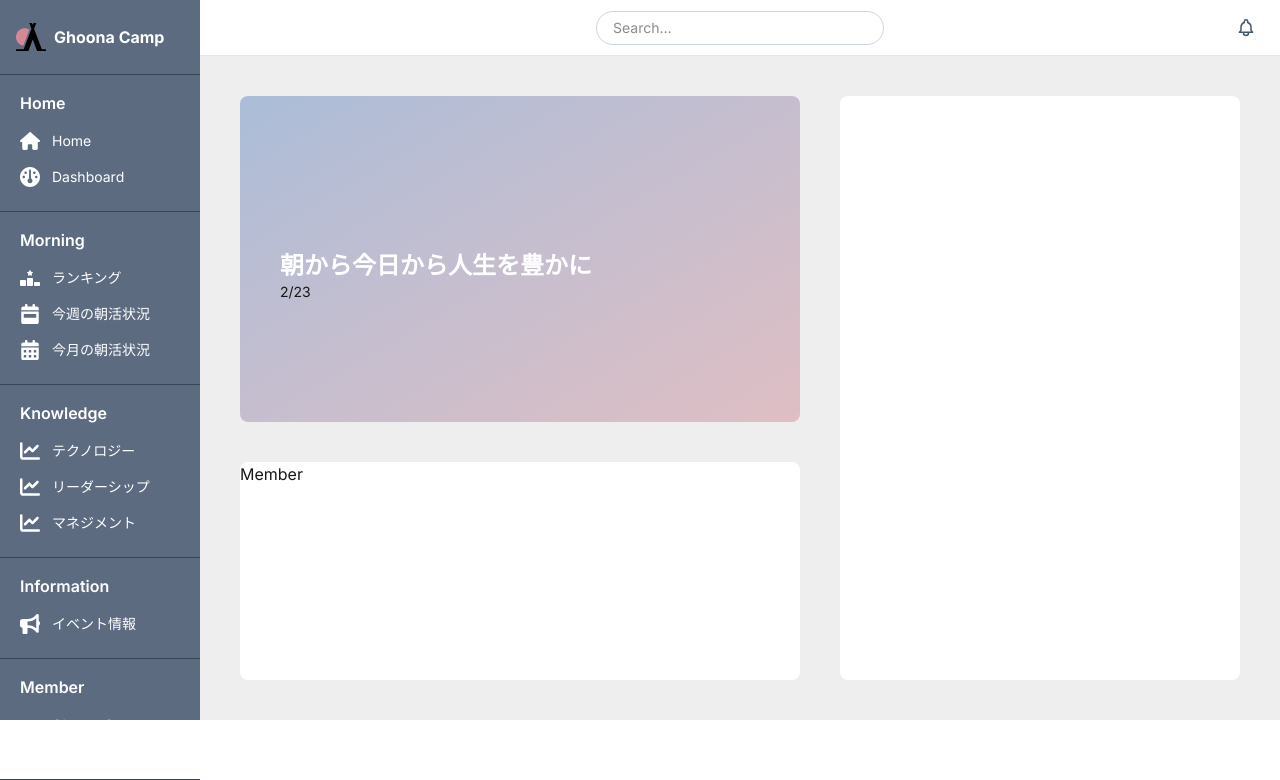
Repository: ShotaGhoona/ghoonacamp_platform
Page: /
These files come from the project's save history. The page is drawn as it stood at one moment and after the next save; the edit follows.
The browser window is 1280 px wide. The pictures show the whole page.
The page's requests for data from a server got no answer. The project was rebuilt for these pictures with package versions that can differ from the ones it lists, and the page was loaded fresh each time. The framework's server and built-in components were replaced by stand-ins that run in the browser. No one was signed in, and anything a server would have sent is missing. Also part of the build but not shown: next.config.js.

Above is the page before, as saved 2025-04-25 11:07:23.

After the next save:
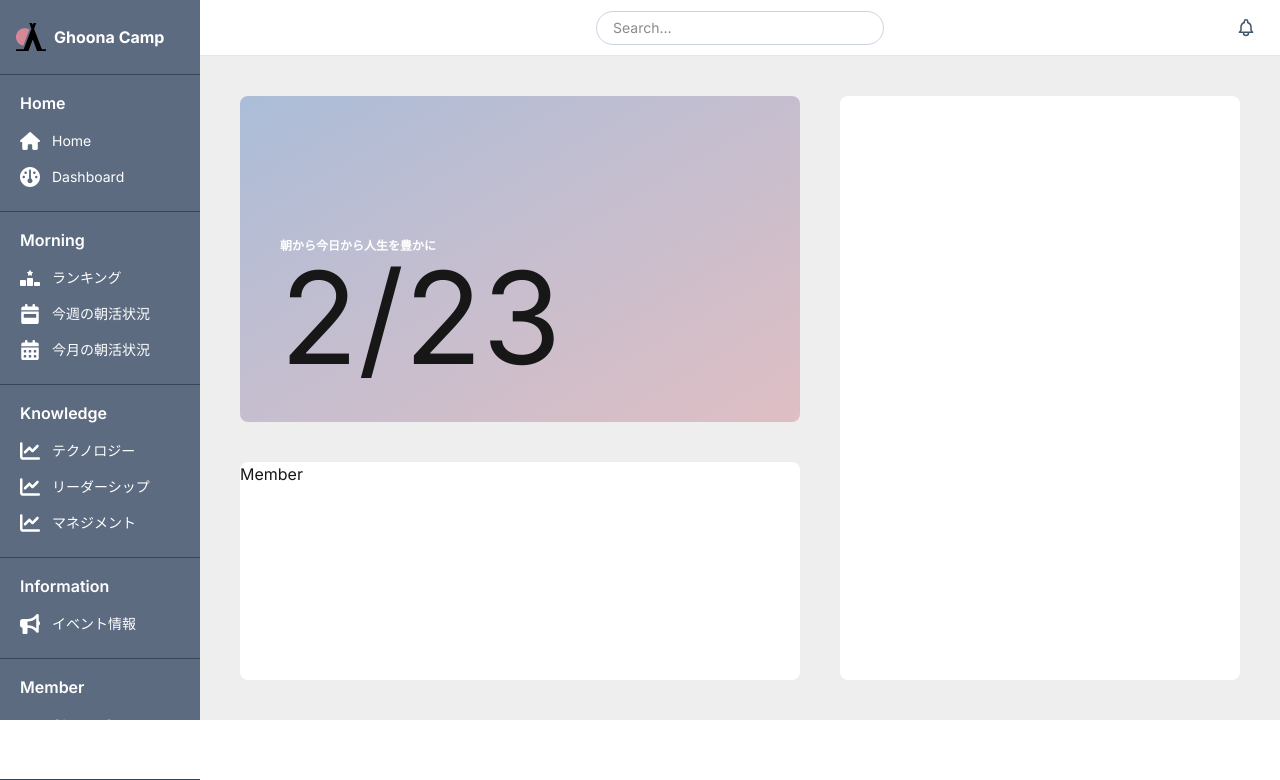
Saved 26 s later.
--- a/src/features/home/home/display/hero.tsx
+++ b/src/features/home/home/display/hero.tsx
@@ -4,8 +4,8 @@ export default function Hero() {
       <div className="flex flex-col gap-10">
         <div className="h-[30%]"></div>
         <div className="flex-1">
-            <p className="text-2xl font-bold text-white">朝から今日から人生を豊かに</p>
-            <p className="text-sm">2/23</p>
+            <p className="text-xs font-bold text-white">朝から今日から人生を豊かに</p>
+            <p className="text-9xl">2/23</p>
         </div>
       </div>
       <div className=""></div>
